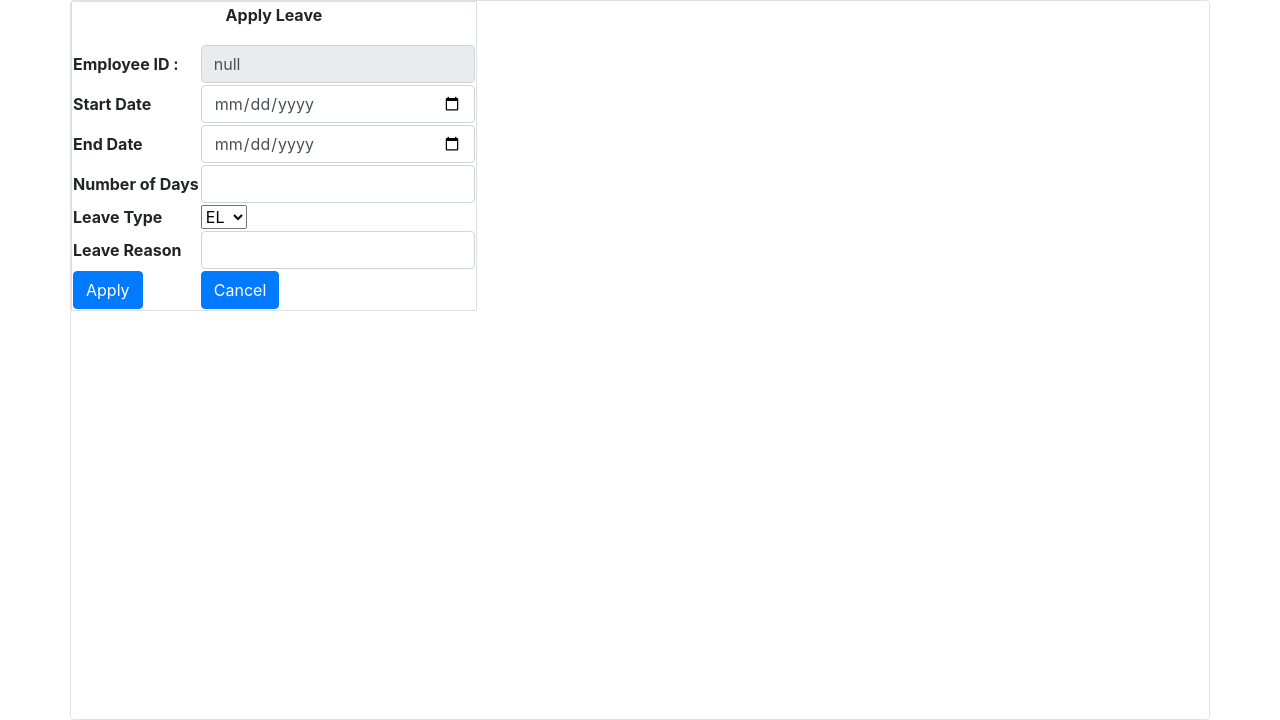
Repository: rkmr039/EMS_PROJECT
Page: http://localhost/EMS/ApplyLeaves.jsp
The author's editor kept a copy of each file at every save. The page is drawn from the files as they stood at one save, then again after the next save.
The browser window is 1280 px wide. The pictures show the whole page.
The page is served by Tomcat 9. Other server files are loaded and not shown.

Above is the page before, as saved 2019-08-30 07:24:44.
Console error: TypeError: Cannot read properties of undefined (reading 'fn')

### EMS/WebContent/ApplyLeaves.jsp
<%@page import="com.hcl.ems.LeaveTypes"%>
<%@page import="java.text.DateFormat"%>
<%@page import="java.text.SimpleDateFormat"%>
<%@page import="java.util.Date"%>
<%@ page language="java" contentType="text/html; charset=ISO-8859-1"
    pageEncoding="ISO-8859-1"%>
<!DOCTYPE html PUBLIC "-//W3C//DTD HTML 4.01 Transitional//EN" "http://www.w3.org/TR/html4/loose.dtd">
<html>
<head>
<link rel="stylesheet" href="https://stackpath.bootstrapcdn.com/bootstrap/4.3.1/css/bootstrap.min.css" integrity="sha384-ggOyR0iXCbMQv3Xipma34MD+dH/1fQ784/j6cY/iJTQUOhcWr7x9JvoRxT2MZw1T" crossorigin="anonymous">
<script src="https://stackpath.bootstrapcdn.com/bootstrap/4.3.1/js/bootstrap.min.js" integrity="sha384-JjSmVgyd0p3pXB1rRibZUAYoIIy6OrQ6VrjIEaFf/nJGzIxFDsf4x0xIM+B07jRM" crossorigin="anonymous"></script>
<script >
function setEndDate(e){
	 var eDate = e.target.value;
	 eDateInput.min = eDate;
	}
function setNoDays(e){
	var d1 = eDateInput.value;
	var date1 = new Date(d1);
	var d2 = sDateInput.value;
	var date2 = new Date(d2);
	   var oneDay = 24 * 60 * 60 * 1000; // hours*minutes*seconds*milliseconds
       var diffDays = Math.abs((date1.getTime() - date2.getTime()) / (oneDay));
       // alert(diffDays);
      document.getElementById("noDays").value = diffDays+1;
}
</script>
<style>
#mainDiv{
	top:0;
	bottom:0;
	right:0;
	left:0;
	margin:auto;
	position:absolute;
	height:auto;
	width:auto;
}
</style>
<meta http-equiv="Content-Type" content="text/html; charset=ISO-8859-1">
<title>Apply leave | EMS</title>
</head>
<body>

	<div class="container border rounded " id="mainDiv">
	<div class="row">


	<form method="get" action="Apply.jsp">

	<table class="border">
		<tr style="text-align:center">
			<th colspan="2"><p id="page">Apply Leave</p></th>
		</tr>
		<tr class="form-froup">
			<th>Employee ID :<th>
			<input type="text" readonly="readonly" class="form-control" value=<%=session.getAttribute("EMP_ID") %> name="empId"/>
		</tr>
	<%
		Date d = new Date();
		SimpleDateFormat sdf=new SimpleDateFormat("yyyy-MM-dd");
		String sDate = sdf.format(d);

	%>
		<tr class="form-froup">
			<th >Start Date</th>
			<td>
				<input type='date' name="startDate" class="form-control" id="sDateInput" min=<%=sDate%> required onchange="setEndDate(event);" />
            </td>
		</tr>
		<tr class="form-froup">
			<th>End Date</th>
			<td>
				<input type='date' name="endDate" class="form-control" id="eDateInput" required onchange="setNoDays(event);" />
            </td>
		</tr>

		<tr class="form-froup">
			<th>Number of Days</th>
			<td>
				<input type="text" name="noDays" class="form-control" id="noDays" required/>
			</td>
		</tr>
		<tr class="form-froup">

			<th>Leave Type</th>
			<td>
				<select name="type">
					<%
						int len = LeaveTypes.values().length;
						LeaveTypes[] ls = LeaveTypes.values();
						for(LeaveTypes type: ls) {
							out.println("<option class='form-control'>" + type.toString()+"</option>");
						}
					%>
				</select>
			</td>
		</tr>
		<tr class="form-froup">
			<th>Leave Reason</th>
			<td>
				<input type="text" class="form-control" name="reason"/ required>
			</td>
		</tr>
		<tr class="form-froup">
			<td><input class="btn btn-primary" type="submit" value="Apply" name="apply"/></td>
			<td><input class="btn btn-primary" type="reset" onClick="javascript:window.location.href='dashboard.jsp'" value="Cancel" name="cancel"/></td>
		</tr>
	</table>
	</form>
	</div>
	</div>

<script src="https://code.jquery.com/jquery-3.3.1.slim.min.js" integrity="sha384-q8i/X+965DzO0rT7abK41JStQIAqVgRVzpbzo5smXKp4YfRvH+8abtTE1Pi6jizo" crossorigin="anonymous"></script>
<script src="https://cdnjs.cloudflare.com/ajax/libs/popper.js/1.14.7/umd/popper.min.js" integrity="sha384-UO2eT0CpHqdSJQ6hJty5KVphtPhzWj9WO1clHTMGa3JDZwrnQq4sF86dIHNDz0W1" crossorigin="anonymous"></script>

</body>
</html>

### EMS/src/com/hcl/ems/LeaveTypes.java
package com.hcl.ems;

public enum LeaveTypes {
	EL,RH,CH
}

After the next save:
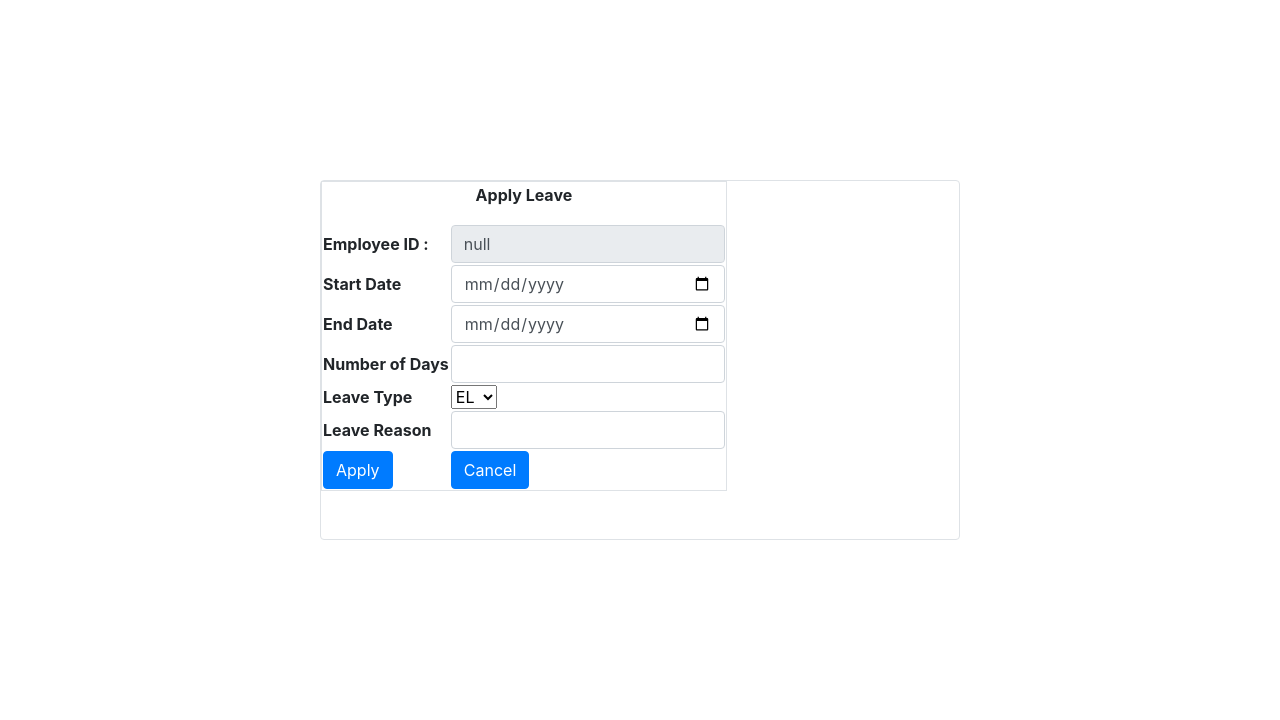
Saved 9 s later.
--- a/EMS/WebContent/ApplyLeaves.jsp
+++ b/EMS/WebContent/ApplyLeaves.jsp
@@ -33,8 +33,6 @@ function setNoDays(e){
 	left:0;
 	margin:auto;
 	position:absolute;
-	height:auto;
-	width:auto;
 }
 </style>
 <meta http-equiv="Content-Type" content="text/html; charset=ISO-8859-1">
@@ -42,7 +40,7 @@ function setNoDays(e){
 </head>
 <body>
 
-	<div class="container border rounded " id="mainDiv">
+	<div class="container border rounded w-50 h-50" id="mainDiv">
 	<div class="row">
 
 
